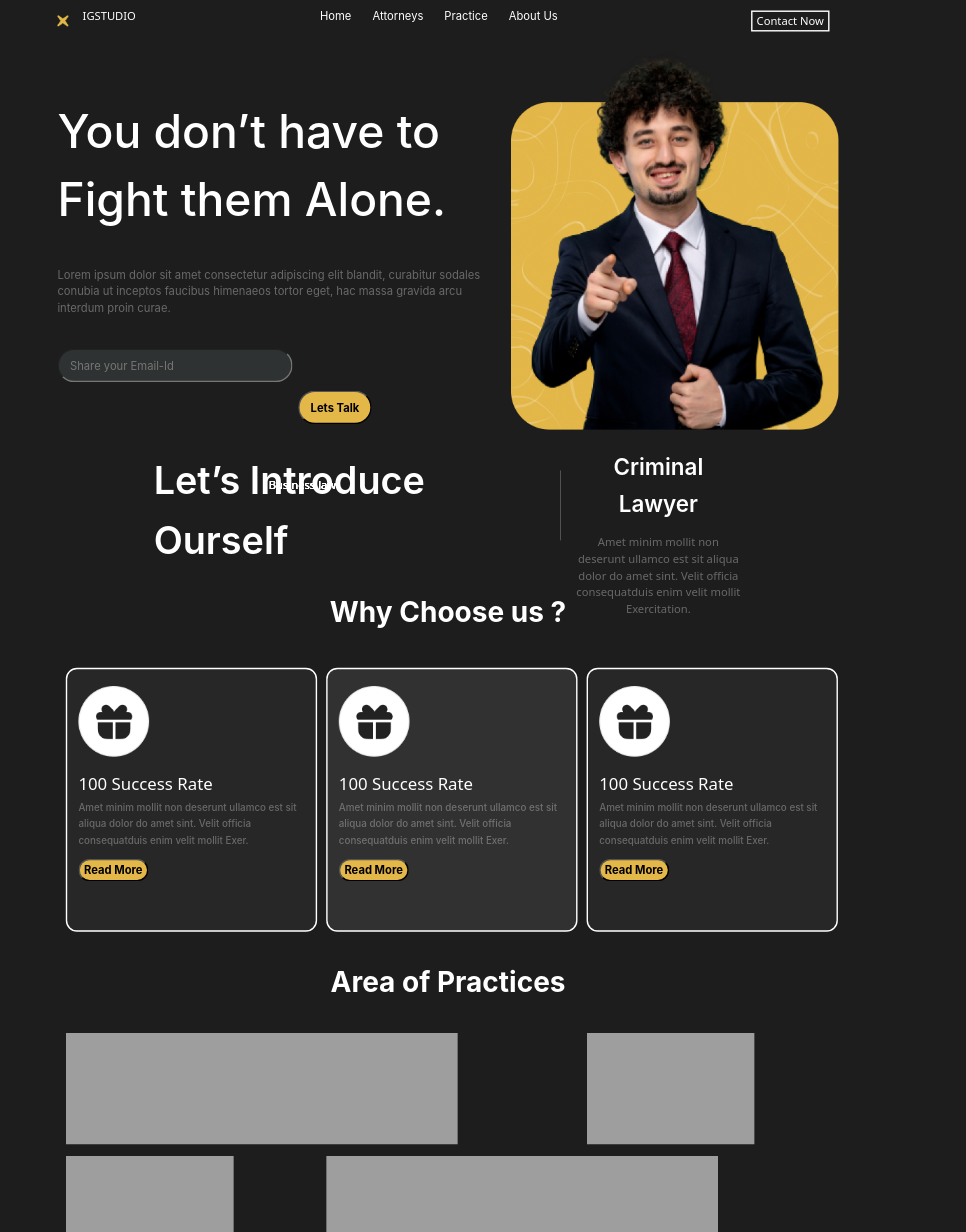
Repository: Senthil-Bala/LawFirm
Page: /
An editor plug-in stored every save of this project. The page is shown before and after the next save, followed by the edit.
The browser window is 1280 px wide. The page is 1280 px wide, then 1380 px, then 1280 px, so the pictures cover 1380 px, including what lies to the right of the window. The pictures show the part of the page from y = 0 to 1760 px (the page is 3939 px tall before and 3954 px after), at 70% of full size.
Pictures or frames that could not be fetched are drawn as grey boxes. The project was rebuilt for these pictures with package versions that can differ from the ones it lists, and the page was loaded fresh each time. Also part of the build but not shown: src/App.css, src/Components/Frequents/Accordionss.css, src/Components/Frequents/Accordionss.jsx.

Above is the page before, as saved 2023-11-29 18:43:58.

After the next save:
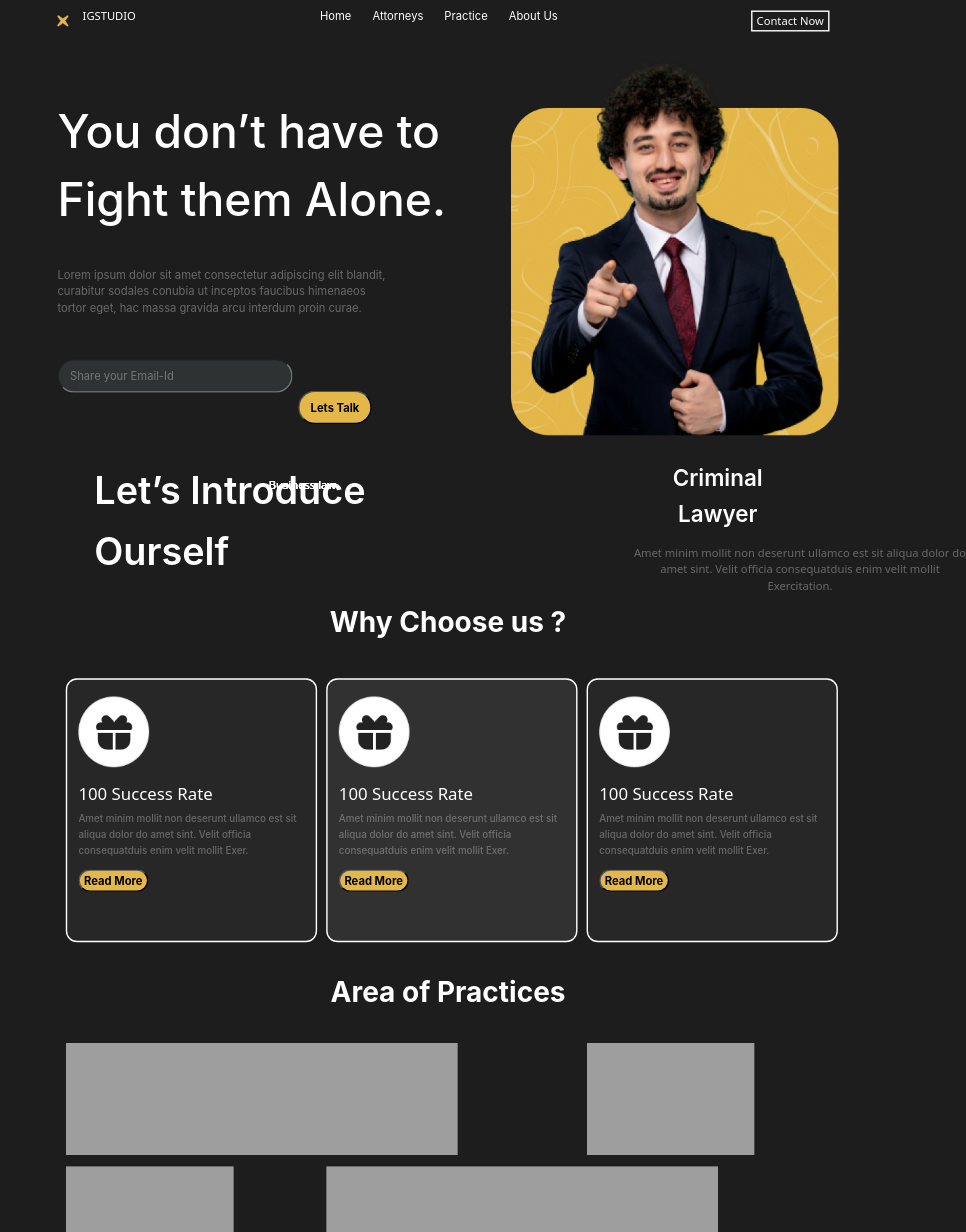
Saved 11 s later.
--- a/src/Components/Mainss/Main.css
+++ b/src/Components/Mainss/Main.css
@@ -1,6 +1,6 @@
 .main {
     display: flex;
-    justify-content: space-evenly;
+    justify-content: space-around;
     text-align: center;
     margin-top: 6rem;
 }
@@ -10,23 +10,15 @@
     font-size: 54px;
     font-weight: 600;
     line-height: 87px;
+    letter-spacing: 0em;
     text-align: left;
+    width: 387px;
+    height: 174px;
+    top: 1081px;
+    left: 150px;
+
 
 }
-/* Styling for the main container */
-.main {
-    display: flex;
-    justify-content: center;
-    align-items: center;
-}
-
-/* Styling for the vertical line */
-.vertical-line {
-    border-left: 1px solid dimgray; /* Set color for the left border */
-    height: 100px; /* Set height of the line */
-    margin: 0 20px; /* Adjust margin as needed */
-}
-
 
 
 .right{
@@ -47,9 +39,10 @@
 }
 #subHeading{
     color: dimgrey;
-    /* width: 475px;
+    width: 475px;
 height: 87px;
-
-opacity: 0.3px; */
+top: 1152px;
+left: 807px;
+opacity: 0.3px;
 
 }

After the 2 saves that followed:
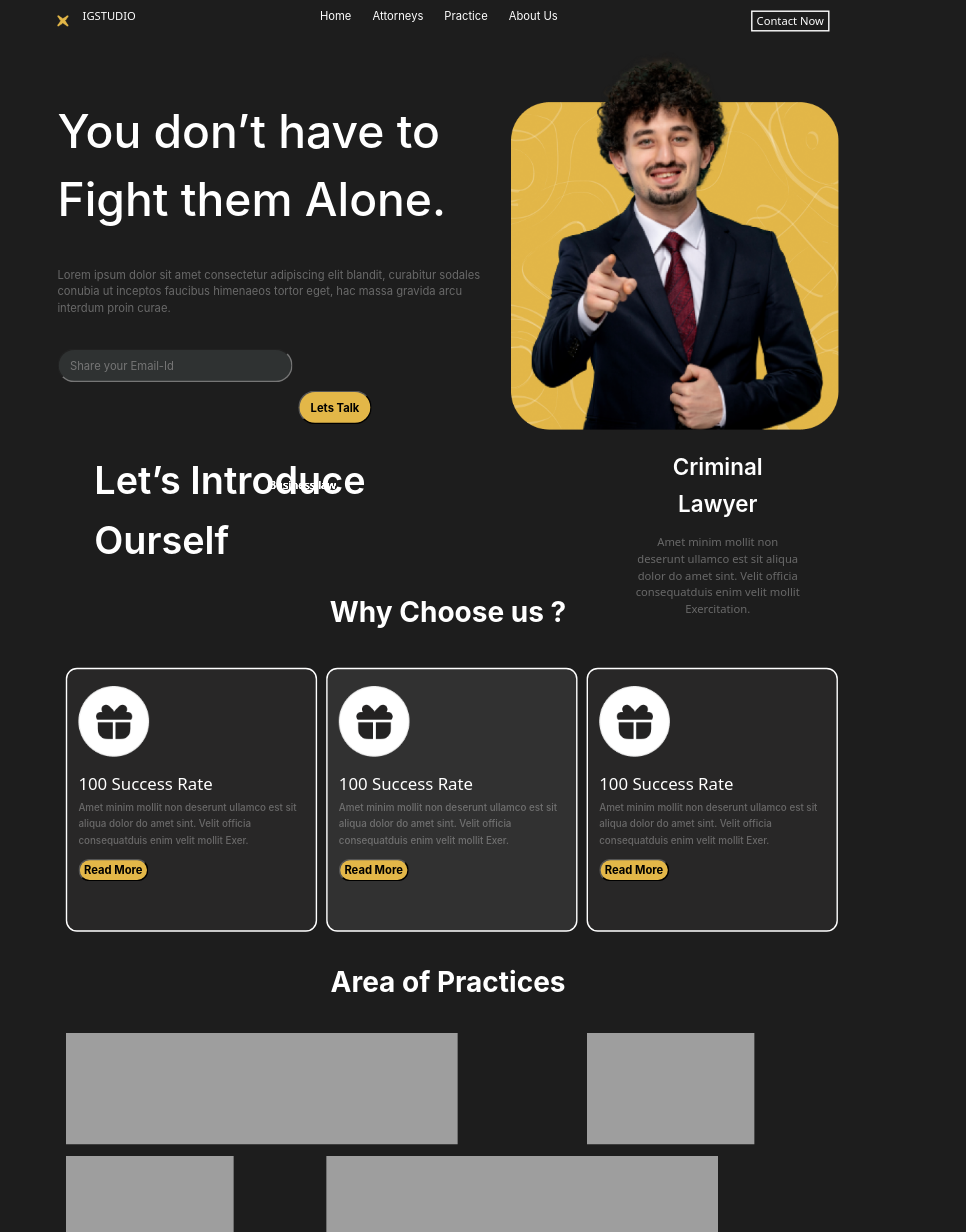
The 2 saves are shown as one change because 1 left the picture as it was.
The last was saved 27 s later.
--- a/src/Components/Mainss/Main.css
+++ b/src/Components/Mainss/Main.css
@@ -21,6 +21,7 @@
 }
 
 
+
 .right{
     display: flex;
     flex-direction: column;
@@ -39,10 +40,9 @@
 }
 #subHeading{
     color: dimgrey;
-    width: 475px;
+    /* width: 475px;
 height: 87px;
-top: 1152px;
-left: 807px;
-opacity: 0.3px;
+
+opacity: 0.3px; */
 
 }
